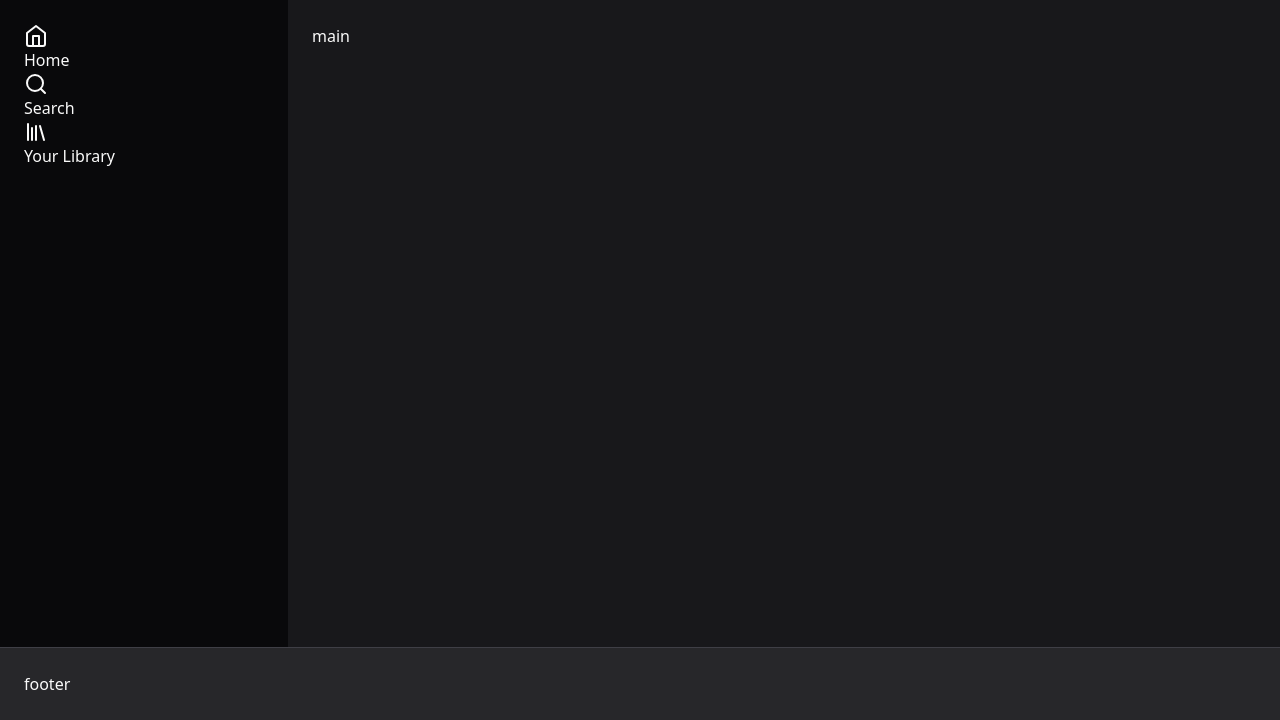
Repository: guilhermecardoso93/tailwind-spotify
Page: /
The author's editor kept a copy of each file at every save. The page is drawn from the files as they stood at one save, then again after the next save.
The browser window is 1280 px wide. The pictures show the whole page.
The project was rebuilt for these pictures with package versions that can differ from the ones it lists, and the page was loaded fresh each time. The framework's server and built-in components were replaced by stand-ins that run in the browser. Also part of the build but not shown: next.config.js.

Above is the page before, as saved 2023-04-15 19:49:44.

After the next save:
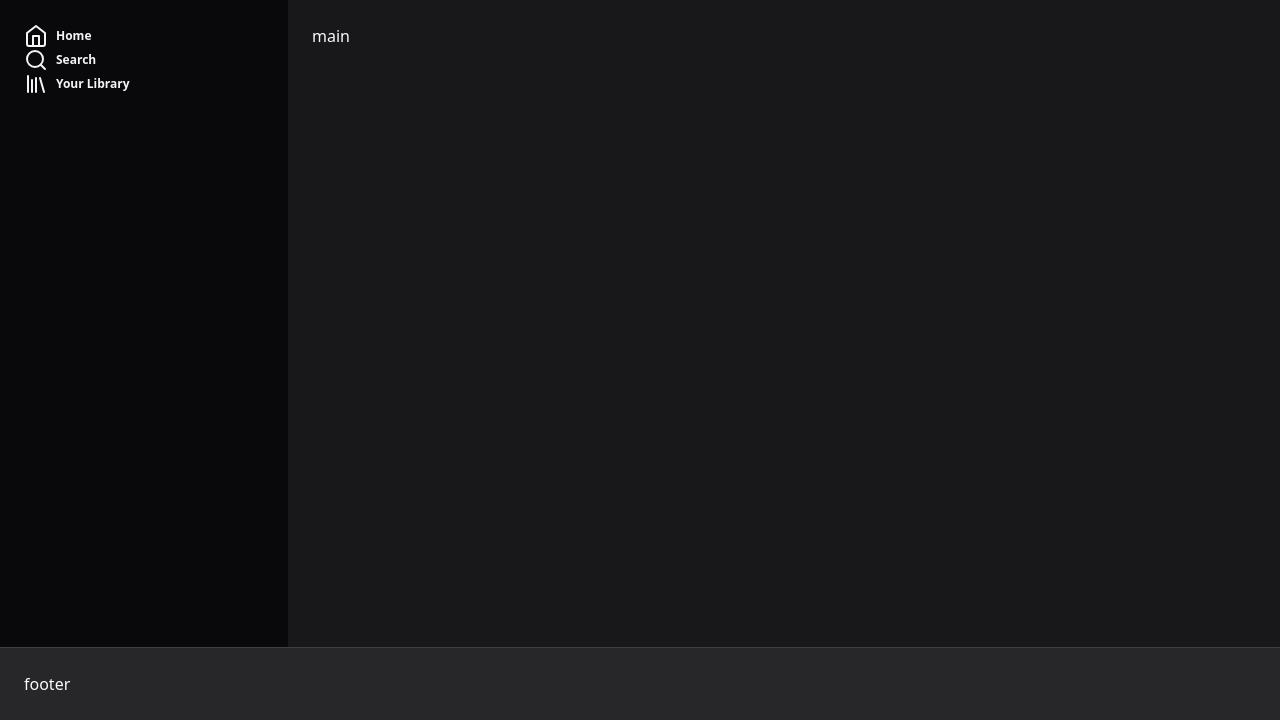
Saved 7 min 32 s later.
--- a/src/app/page.tsx
+++ b/src/app/page.tsx
@@ -5,14 +5,14 @@
       <div className="flex flex-1">
         <aside className="w-72 bg-zinc-950 p-6">
           <nav>
-            <a href="">
+            <a href="" className="flex items-center gap-2 text-xs font-semibold text-zinc-100">
               <HomeIcon /> Home
             </a>
-            <a href="">
+            <a href="" className="flex items-center gap-2 text-xs font-semibold text-zinc-100">
               {" "}
               <Search /> Search
             </a>
-            <a href="">
+            <a href="" className="flex items-center gap-2 text-xs font-semibold text-zinc-100">
               {" "}
               <Library /> Your Library
             </a>
